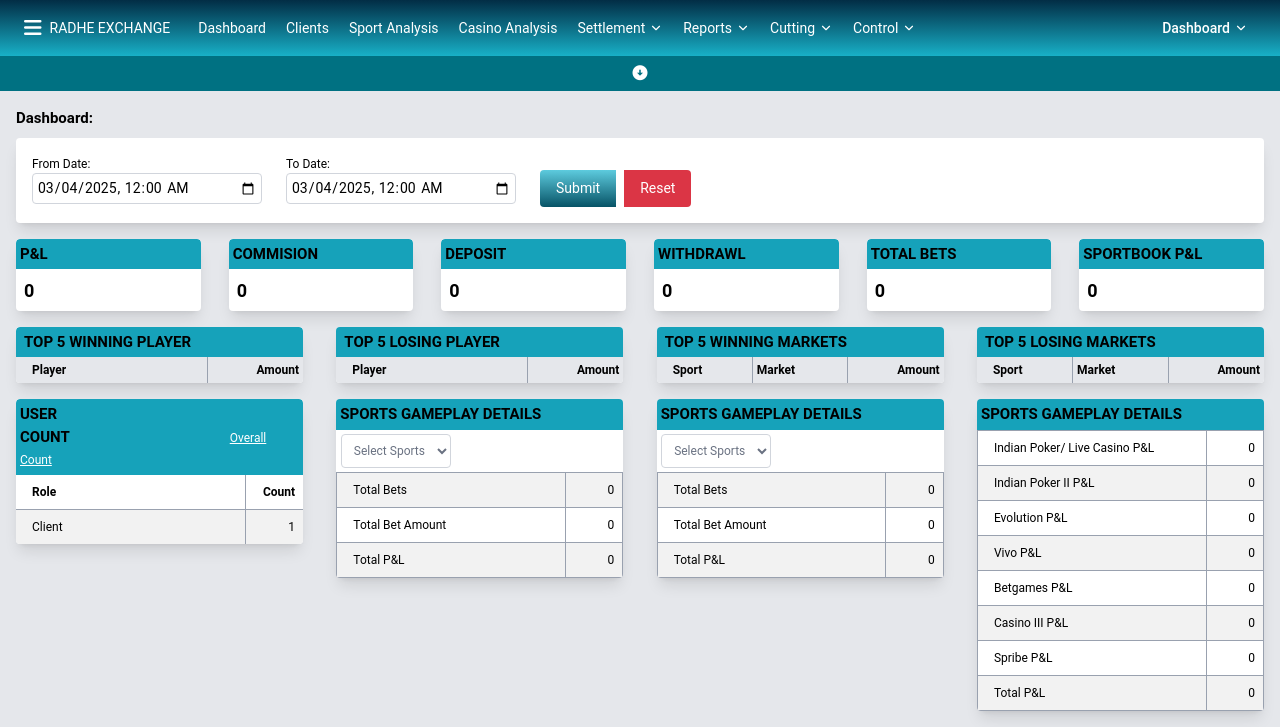
Repository: Habeebur1493/Radhe-Exchange
Page: /dashboard (app in frontend/)
An editor plug-in stored every save of this project. The page is shown before and after the next save, followed by the edit.
The browser window is 1280 px wide. The pictures show the whole page.
Some web libraries are served in a nearby version. The project was rebuilt for these pictures with package versions that can differ from the ones it lists, and the page was loaded fresh each time. Also part of the build but not shown: frontend/vite.config.js, frontend/src/components/login.jsx, frontend/src/components/Register.jsx.

Above is the page before, as saved 2025-03-04 17:17:20.

### frontend/index.html
<!doctype html>
<html lang="en">
  <head>
    <meta charset="UTF-8" />
    <meta name="viewport" content="width=device-width, initial-scale=1.0" />
    <link
    href="https://cdn.jsdelivr.net/npm/remixicon@4.5.0/fonts/remixicon.css"
    rel="stylesheet"
/>
<link rel="stylesheet" href="https://cdnjs.cloudflare.com/ajax/libs/font-awesome/6.7.2/css/all.min.css" integrity="sha512-Evv84Mr4kqVGRNSgIGL/F/aIDqQb7xQ2vcrdIwxfjThSH8CSR7PBEakCr51Ck+w+/U6swU2Im1vVX0SVk9ABhg==" crossorigin="anonymous" referrerpolicy="no-referrer" />
    <title>Radheexch | Admin</title>

  </head>
  <body>
    <div id="root"></div>
    <script type="module" src="/src/main.jsx"></script>
  </body>
</html>

### frontend/src/App.jsx
import React from "react";
import "./App.css";
import { Navigate, Routes, Route } from "react-router-dom";
import Login from "./components/login";
import Register from "./components/Register";
import Dashboard from "./components/dashboard";

const App = () => {
  return (
    <div>
      <Routes>
        <Route path="/" element={<Navigate to="/login" />} />
        <Route path="/login" element={<Login />} />
        <Route path="/register" element={<Register />} />
        <Route path="/dashboard" element={<Dashboard />} />
      </Routes>
    </div>
  );
};

export default App;

### frontend/src/App.css
@import "tailwindcss";

@import url('https://fonts.googleapis.com/css2?family=Roboto:ital,wght@0,100..900;1,100..900&display=swap');

:root {
    --primary-background: linear-gradient(#022d45, #18b0c7);
    --secondary-background: linear-gradient(#5dcbde, #075366);
    --tertiary-background: linear-gradient(#007182, #4ab4c7);
    --four-background: linear-gradient(#075366, #5dcbde);
}

.main{
    background: var(--primary-background);
    font-family: "Roboto", sans-serif;
}

.btn{
    background: var(--secondary-background);
    font-family: "Roboto", sans-serif;
}

nav{
    background: var(--primary-background);
    font-family: "Roboto", sans-serif;
    font-size: 14px;
}
.dashboard{
    font-family: "Roboto", sans-serif;
    font-size: 14px;
}

.sidebar{
    background: var(--tertiary-background);
    font-family: "Roboto", sans-serif;
    font-size: 14px;
}
.btn1{
    background: var(--secondary-background);
    font-family: "Roboto", sans-serif;
    transition: all 0.3s ease-in-out;
}
.btn1:hover{
    background: var(--four-background);
}

### frontend/src/components/dashboard.jsx
import React, { useState } from "react";
import { ChevronDown } from "lucide-react";
import Sidebar from "./Sidebar";
import DashContent from "./DashContent";

const Dashboard = () => {
  const [isDropdownOpen, setIsDropdownOpen] = useState(false);
  const [isOpen, setIsOpen] = useState(false);

  return (
    <div className="dashboard min-h-screen bg-gray-200 overflow-x-hidden">
      {/* Navbar */}
      <nav className="bg-[--primary-background] text-white flex items-center h-14 px-4 shadow-md">
        <Sidebar />
        <h1>RADHE EXCHANGE</h1>
        {/* Navbar Links (Now Closer to H1) */}
        <div className="ml-6 flex items-center">
          <ul className="hidden md:flex space-x-3">
            {["Dashboard", "Clients", "Sport Analysis", "Casino Analysis"].map(
              (item) => (
                <li key={item}>
                  <a
                    href="#"
                    className="h-14 flex items-center px-1 hover:bg-[#18b0c7] transition-all duration-200 ease-in-out"
                  >
                    {item}
                  </a>
                </li>
              )
            )}

            {/* Dropdown Menus */}
            {["Settlement"].map((item) => (
              <li key={item} className="relative group">
                <button className="h-14 flex items-center px-1 hover:bg-[#18b0c7] transition-all duration-200 ease-in-out">
                  {item}
                  <ChevronDown size={14} className="ml-1" />
                </button>

                {/* Dropdown - Show on Hover but only inside the navbar */}
                <div className="absolute left-0 mt-0 w-40 bg-[#16a2ba] text-white opacity-0 invisible group-hover:opacity-100 group-hover:visible transition-all duration-200 ease-in-out">
                  <a
                    href="#"
                    className="block px-4 py-2 hover:bg-[#107a8d] border-b border-gray-500"
                  >
                    User
                  </a>
                  <a href="#" className="block px-4 py-2 hover:bg-[#107a8d]">
                    Master
                  </a>
                </div>
              </li>
            ))}
            {/* Dropdown Menus */}
            {["Reports"].map((item) => (
              <li key={item} className="relative group">
                <button className="h-14 flex items-center px-1 hover:bg-[#18b0c7] transition-all duration-200 ease-in-out">
                  {item}
                  <ChevronDown size={14} className="ml-1" />
                </button>

                {/* Dropdown - Show on Hover */}
                <div className="absolute left-0 mt-0 w-40 bg-[#16a2ba] text-white opacity-0 invisible group-hover:opacity-100 group-hover:visible transition-all duration-200 ease-in-out">
                  <a
                    href="#"
                    className="block px-4 py-2 hover:bg-[#107a8d] border-b-1 border-gray-500"
                  >
                    User Detail
                  </a>
                  <a
                    href="#"
                    className="block px-4 py-2 hover:bg-[#107a8d] border-b-1 border-gray-500"
                  >
                    Account Satatement
                  </a>
                  <a
                    href="#"
                    className="block px-4 py-2 hover:bg-[#107a8d]  border-b-1 border-gray-500"
                  >
                    Settlement/Balance Report
                  </a>
                  <a
                    href="#"
                    className="block px-4 py-2 hover:bg-[#107a8d]  border-b-1 border-gray-500"
                  >
                    Transaction Report
                  </a>
                  <a
                    href="#"
                    className="block px-4 py-2 hover:bg-[#107a8d]  border-b-1 border-gray-500"
                  >
                    Current Bets
                  </a>
                  <a
                    href="#"
                    className="block px-4 py-2 hover:bg-[#107a8d]  border-b-1 border-gray-500"
                  >
                    Profit & Loss Report
                  </a>
                  <a
                    href="#"
                    className="block px-4 py-2 hover:bg-[#107a8d]  border-b-1 border-gray-500"
                  >
                    Event Profit & Loss Report
                  </a>
                  <a
                    href="#"
                    className="block px-4 py-2 hover:bg-[#107a8d]  border-b-1 border-gray-500"
                  >
                    Bet History
                  </a>
                  <a
                    href="#"
                    className="block px-4 py-2 hover:bg-[#107a8d]  border-b-1 border-gray-500"
                  >
                    Live Bets
                  </a>
                  <a
                    href="#"
                    className="block px-4 py-2 hover:bg-[#107a8d] border-b-1 border-gray-500"
                  >
                    Sports Revenue
                  </a>
                  <a
                    href="#"
                    className="block px-4 py-2 hover:bg-opacity-50  border-b-1 border-gray-500"
                  >
                    IP lookup
                  </a>
                </div>
              </li>
            ))}
            {/* Dropdown Menus */}
            {["Cutting"].map((item) => (
              <li key={item} className="relative group">
                <button className="h-14 flex items-center px-1 hover:bg-[#18b0c7] transition-all duration-200 ease-in-out">
                  {item}
                  <ChevronDown size={14} className="ml-1" />
                </button>

                {/* Dropdown - Show on Hover */}
                <div className="absolute left-0 mt-0 w-40 bg-[#16a2ba] text-white opacity-0 invisible group-hover:opacity-100 group-hover:visible transition-all duration-200 ease-in-out">
                  <a
                    href="#"
                    className="block px-4 py-2 hover:bg-[#107a8d]  border-b-1 border-gray-500"
                  >
                    Agent Master
                  </a>
                  <a href="#" className="block px-4 py-2 hover:bg-[#107a8d]">
                    Cutting History
                  </a>
                </div>
              </li>
            ))}
            {/* Dropdown Menus */}
            {["Control"].map((item) => (
              <li key={item} className="relative group">
                <button className="h-14 flex items-center px-1 hover:bg-[#18b0c7] transition-all duration-200 ease-in-out">
                  {item}
                  <ChevronDown size={14} className="ml-1" />
                </button>

                {/* Dropdown - Show on Hover */}
                <div className="absolute left-0 mt-0 w-40 bg-[#16a2ba] text-white opacity-0 invisible group-hover:opacity-100 group-hover:visible transition-all duration-200 ease-in-out">
                  <a
                    href="#"
                    className="block px-4 py-2 hover:bg-[#107a8d]  border-b-1 border-gray-500"
                  >
                    Game
                  </a>
                  <a href="#" className="block px-4 py-2 hover:bg-[#107a8d]">
                    Casino
                  </a>
                </div>
              </li>
            ))}
          </ul>
        </div>

        {/* Move Dashboard Dropdown to the Right */}
        <div className="ml-auto">
          <ul className="hidden md:flex text-sm font-medium">
            <li className="relative">
              <button
                onClick={() => setIsDropdownOpen(!isDropdownOpen)}
                className="flex items-center space-x-1 focus:outline-none px-4 h-14"
              >
                <span>Dashboard</span>
                <ChevronDown size={14} />
              </button>

              {/* Dropdown Menu - Shows on Click */}
              {isDropdownOpen && (
                <div className="absolute h-20 right-5 w-42 bg-white text-gray-800  rounded-sm">
                  <a href="#" className="block px-4 py-2 hover:bg-[#5dcbde]">
                    <span>
                      <i class="fa-solid fa-arrow-right-long"></i>
                    </span>{" "}
                    Change Password
                  </a>
                  <a href="#" className="block px-4 py-2 hover:bg-[#5dcbde]">
                    <span>
                      <i class="fa-solid fa-arrow-right-long"></i>
                    </span>{" "}
                    Log Out
                  </a>
                </div>
              )}
            </li>
          </ul>
        </div>
      </nav>

      {/* Header */}
      <header className="bg-[#007182] p-1  ">
        {/* Dropdown Toggle */}
        <div
          className="cursor-pointer flex items-center justify-center"
          onClick={() => setIsOpen(!isOpen)}
        >
          <i
            className={`ri-arrow-down-circle-fill text-white text-[18px] transition-transform ${
              isOpen ? "rotate-180" : ""
            }`}
          ></i>
        </div>

        {/* Dropdown Content */}
        {isOpen && (
          <div className="bg-[#007182] transition-all duration-300 pb-1 px-4">
            <div className="flex justify-evenly items-center text-white text-[14px] w-full mr-4">
              <div className="flex flex-col text-center gap-2  ">
                <h4 className="flex justify-between">
                  User ID: <span className="ml-2">776demo</span>
                </h4>
                <h4 className="flex justify-between">
                  User Type: <span className="ml-2">Admin</span>
                </h4>
              </div>

              <div className="flex flex-col text-center gap-2 w-1/5">
                <h4 className="flex justify-evenly">
                  Given Bal:{" "}
                  <span className="text-[#20fa5e] ml-2">1000.00</span>
                </h4>
                <h4 className="flex justify-evenly">
                  Available: <span className="text-[#20fa5e] ml-2">500.00</span>
                </h4>
              </div>

              <div className="flex flex-col text-center gap-2 w-1/5">
                <h4 className="flex justify-evenly">
                  Up Line: <span className="ml-6">0</span>
                </h4>
                <h4 className="flex justify-evenly">
                  Down Line: <span className="ml-2">0</span>
                </h4>
              </div>

              <div className="flex flex-col text-center gap-2 w-1/5">
                <h4 className="flex justify-evenly">
                  Current P&L: <span className="ml-2">0</span>
                </h4>
                <h4 className="flex justify-evenly">
                  Exposure: <span className="ml-8">0</span>
                </h4>
              </div>

              <div className="flex flex-col text-center gap-2 w-1/5 mb-7 pl-10">
                <h4 className="flex justify-evenly">
                  My P&L: <span className="ml-10">0</span>
                </h4>
              </div>
            </div>
          </div>
        )}
      </header>
      <DashContent />
    </div>
  );
};

export default Dashboard;

### frontend/src/components/Sidebar.jsx
import React, { useState } from "react";
import { Link } from "react-router-dom"; // Ensure you use react-router for navigation

const Sidebar = () => {
  const [isOpen, setIsOpen] = useState(false);
  const [dropdowns, setDropdowns] = useState({});
  const [nestedDropdowns, setNestedDropdowns] = useState({});

  const toggleDropdown = (category) => {
    setDropdowns((prev) => ({ ...prev, [category]: !prev[category] }));
  };

  const toggleNestedDropdown = (item) => {
    setNestedDropdowns((prev) => ({ ...prev, [item]: !prev[item] }));
  };

  const menuItems = [
    {
      key: "cricket",
      label: "Cricket",
      items: [
        {
          title: "ICC Champions Trophy",
          subItems: ["India v Australia", "England v South Africa", "South Africa v New Zealand"],
        },
        {
          title: "Women's Premier League",
          subItems: ["Women's Premier League", "Up Warriorz W v Mumbai Indians W", "Gujarat Giants W v Delhi Capitals W"],
        },
        {
          title: "International T20 Masters League",
          subItems: ["Sri Lanka Masters v West Indies Masters", "India Masters v Australia Masters"],
        },
      ],
    },
    {
      key: "soccer",
      label: "Soccer",
      items: [
        {
          title: "League 1",
          subItems: ["Team A v Team B", "Team C v Team D"],
        },
        {
          title: "League 2",
          subItems: ["Match 3", "Match 4"],
        },
      ],
    },
    {
      key: "tennis",
      label: "Tennis",
      items: [
        {
          title: "Grand Slam",
          subItems: ["Final Match", "Semi Final"],
        },
        {
          title: "ATP Finals",
          subItems: ["Quarter Final", "Round of 16"],
        },
      ],
    },
    {
      key: "Horse",
      label: "Horse",
      items: [
        {
          title: "Grand Prix",
          subItems: ["Final Match", "Semi Final"],
        },
        {
          title: "ATP Finals",
          subItems: ["Quarter Final", "Round of 16"],
        },
      ],
    },
    {
      key: "Greyhound",
      label: "Greyhound",
      items: [
        {
          title: "Grand Prix",
          subItems: ["Final Match", "Semi Final"],
        },
        {
          title: "ATP Finals",
          subItems: ["Quarter Final", "Round of 16"],
        },
      ],
    },
  ];

  return (
    <div className="relative">
      {/* Menu Icon */}
      <button onClick={() => setIsOpen(!isOpen)} className="p-2 text-xl">
        <i className="fa-solid fa-bars"></i>
      </button>

      {/* Sidebar */}
      <div
        className={`sidebar fixed top-0 left-0 h-full w-64 mt-14 bg-[--tertiary-background] text-white transition-transform duration-300 ${
          isOpen ? "translate-x-0" : "-translate-x-full"
        }`}
      >
        <ul className=" p-2">
          {menuItems.map(({ key, label, items }) => (
            <li key={key} className="cursor-pointer">
              {/* Main Category */}
              <div
                className="flex justify-between items-center w-full p-2 hover:bg-[#5dcbde] transition-all border-b border-[#18b0c7]"
                onClick={() => toggleDropdown(key)}
              >
                {label}{" "}
                <i
                  className={`fa-solid fa-caret-${dropdowns[key] ? "up" : "down"}`}
                ></i>
              </div>

              {/* First-level Dropdown */}
              <ul
                className={`overflow-hidden text-[11px] bg-[#d2dcf7] text-black transition-all duration-300 ${
                  dropdowns[key] ? "max-h-[1000px] opacity-100" : "max-h-0 opacity-0"
                }`}
              >
                {items.map(({ title, subItems }, index) => (
                  <li key={index} className="pl-6 pr-2 py-2">
                    {/* Square Plus/Minus Icon */}
                    <button
                      onClick={() => toggleNestedDropdown(title)}
                      className="mr-2"
                    >
                      <i
                        className={`fa-solid fa-${
                          nestedDropdowns[title] ? "square-minus" : "square-plus"
                        } text-lg`}
                      ></i>
                    </button>
                    {title}

                    {/* Nested Dropdown */}
                    <ul
                      className={`overflow-hidden transition-all duration-300 ${
                        nestedDropdowns[title] ? "max-h-[1000px] opacity-100 pl-6" : "max-h-0 opacity-0"
                      }`}
                    >
                      {subItems.map((subItem, subIndex) => (
                        <li key={subIndex} className="text-black py-1 flex items-center">
                          <i className="fa-solid fa-square-xmark mr-2"></i>
                          <Link to={`/${key}/${title}/${subItem}`} className="cursor-pointer">
                            {subItem}
                          </Link>
                        </li>
                      ))}
                    </ul>
                  </li>
                ))}
              </ul>
            </li>
          ))}
        </ul>
      </div>
    </div>
  );
};

export default Sidebar;

Loaded but not shown: frontend/src/main.jsx (common file); frontend/src/components/DashContent.jsx (344 lines, source omitted)

After the next save:
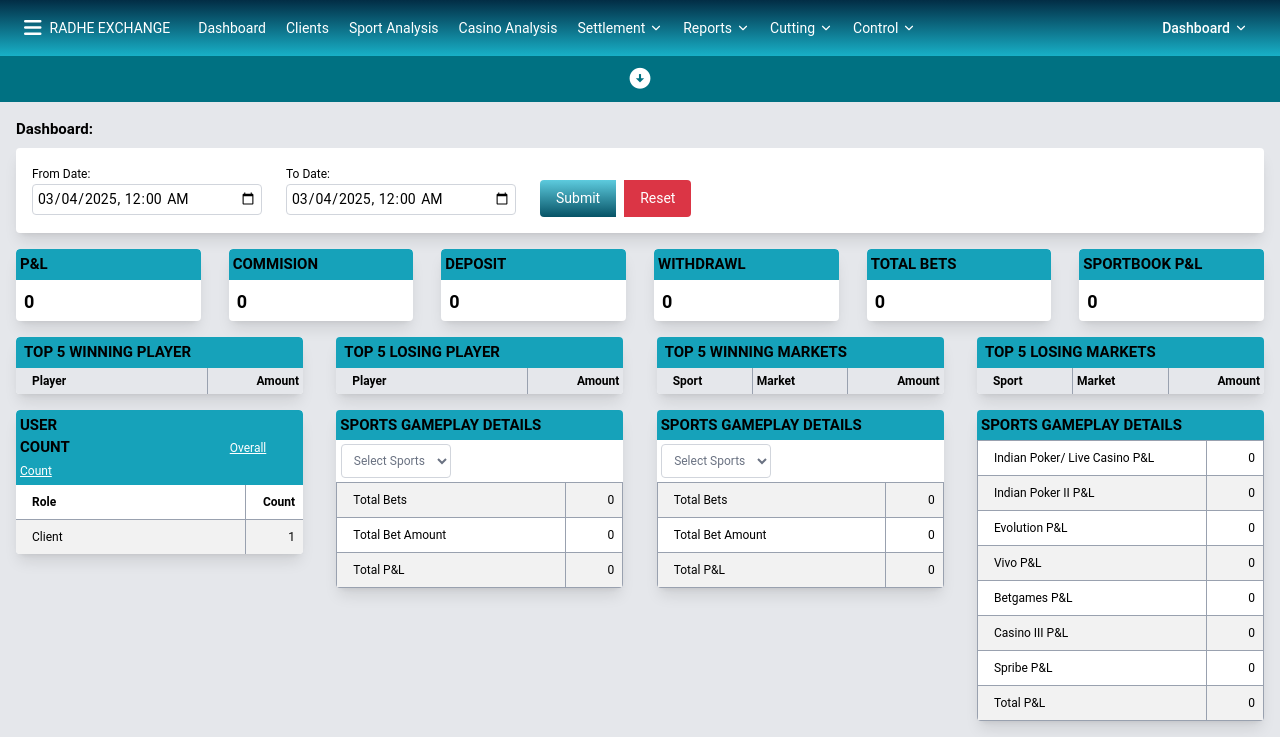
Saved 4 s later.
--- a/frontend/src/components/dashboard.jsx
+++ b/frontend/src/components/dashboard.jsx
@@ -219,7 +219,7 @@ const Dashboard = () => {
           onClick={() => setIsOpen(!isOpen)}
         >
           <i
-            className={`ri-arrow-down-circle-fill text-white text-[18px] transition-transform ${
+            className={`ri-arrow-down-circle-fill text-white text-[25px] transition-transform ${
               isOpen ? "rotate-180" : ""
             }`}
           ></i>
